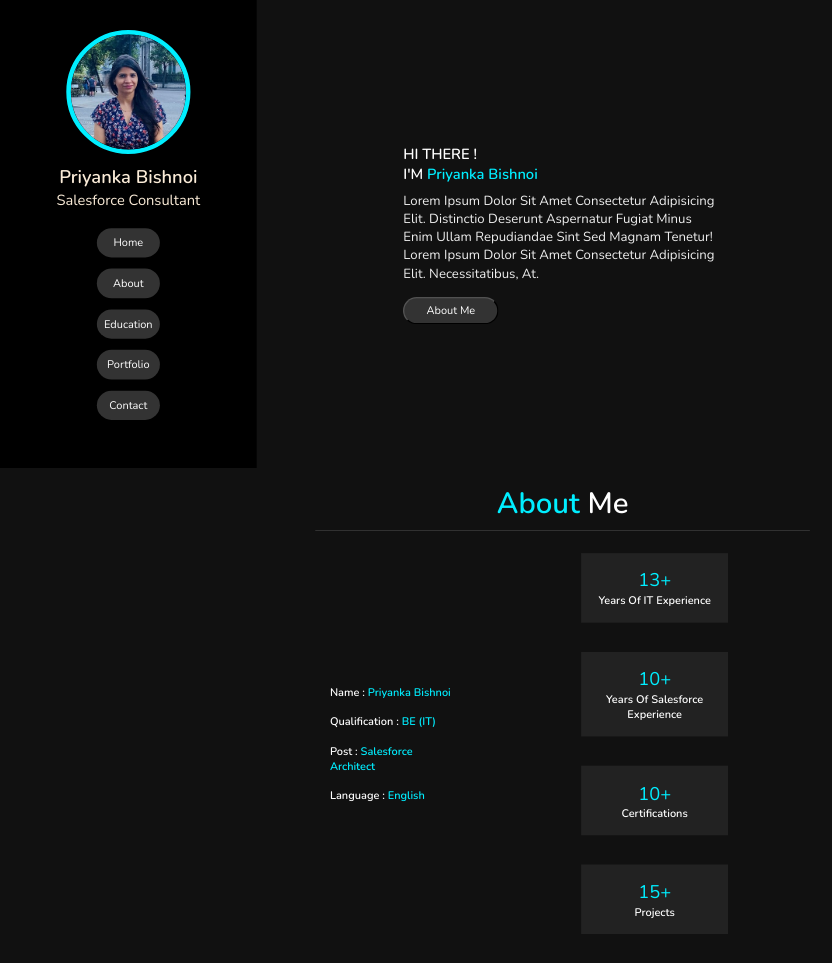
Repository: priyanka-bishnoi/PortfolioPage
Page: MyPage.html
The author's editor kept a copy of each file at every save. The page is drawn from the files as they stood at one save, then again after the next save.
The browser window is 1280 px wide. The pictures show the whole page, at 65% of full size.

Above is the page before, as saved 2022-10-08 23:16:34.

### MyPage.html
<!DOCTYPE html>
<html>
<head>
    <link rel="stylesheet" href="css/style.css">

</head>
<body>
<header>
    <div class= "user">
        <img src="Background1.jpg"/>
        <h1 class="name" >Priyanka Bishnoi</h1>
        <p class="post" >Salesforce Consultant</p>
    </div>

    <nav class="navBar">
        <ul>
            <li> <a href="#home">Home</a></li>
            <li> <a href="#about">About</a></li>
            <li> <a href="#education">Education</a></li>
            <li> <a href="#portfolio">Portfolio</a></li>
            <li> <a href="#contact">Contact</a></li>

        </ul>


    </nav>


</header>

<!-- Home-->

<section class="home" id="home">

    <h3>HI THERE !</h3>
    <h1>I'M <span>Priyanka Bishnoi</span></h1>
    <p>Lorem ipsum dolor sit amet consectetur adipisicing elit. Distinctio deserunt aspernatur fugiat minus enim ullam repudiandae sint sed magnam tenetur! Lorem ipsum dolor sit amet consectetur adipisicing elit. Necessitatibus, at.
    </p>
    <a href="#about"><button class="btn">about me </button></a>


</section>

<section class="about" id="about">
<h1 class="heading"> <span>About </span>Me</h1>

<div class="row">
    <div class="info">
        <h3>  name : <span> priyanka bishnoi </span></h3>
        <h3> qualification :  <span> BE (IT) </span> </h3>
        <h3>  post : <span>Salesforce Architect </span>  </h3>
        <h3> language :<span> English  </span>  </h3>
    </div>

    <div class="counter">
        <div class="box">
            <span>13+</span>
            <h3>years of IT experience</h3>
        </div>

        <div class="box">
            <span>10+</span>
            <h3>years of Salesforce Experience</h3>
        </div>

        <div class="box">
            <span>10+</span>
            <h3>Certifications</h3>
        </div>

        <div class="box">
            <span>15+</span>
            <h3>Projects</h3>
        </div>
    </div>
</div>



</section>

</body>
</html>

### css/style.css
@import url('https://fonts.googleapis.com/css2?family=Nunito:wght@200;300;400;600&display=swap');
:root{
    --orange:rgb(0, 238, 255);
}
*{
    font-family: 'Nunito', sans-serif;
    margin:0;
    padding:0;
    box-sizing:border-box;
    text-decoration:none;
    text-transform:capitalize;
    transition:all .2s linear;
}
html {
    font-size:70.5%;
    overflow-x:hidden;
}
body{
    background:#111;
    overflow-x: hidden;
    padding-left: 40rem;
}

section{
    min-height: 100vh;
    padding:1rem;
}

.btn{
    padding:.7rem 3rem;
    background:#333;
    color:#fff;
    cursor: pointer;
    margin-top: 1rem;
    font-size: 1.5rem;
    border-radius: 5rem;
}

.btn:hover{
    background:var(--orange);
}

.heading{
    text-align: center;
    margin:0 2rem;
    font-size: 4rem;
    padding:1rem;
    border-bottom: .1rem solid #fff4;
    color:#fff;
}

.heading span{
    color:var(--orange);
}

header {
    position:fixed;
    top:0; left:0;
    z-index:1000;
    height:100%;
    width:35rem;
    background:black;
    display:flex;
    align-items: center;
    justify-content: center;
    flex-flow: column;
    text-align: center;
}

header .user img {
    height: 17rem;
    width: 17rem;
    border-radius: 50%;
    object-fit: cover;
    margin-bottom: 1rem;
    border: 0.7rem solid var(--orange);
}
header .user .name {
    font-size: 2.5rem;
    color: antiquewhite;
}
header .user .post{
    font-size: 2rem;
    color: antiquewhite;
}

header .navBar {
    font-size : 2rem;
}
header .navBar ul{
    list-style: none;
    padding:1rem 2rem;
}
header .navBar ul li a{
    display: block;
    padding:1rem;
    margin:1.5rem 0;
    background:#333;
    color:#fff;
    font-size: 1.5rem;
    border-radius: 5rem;
}

header .navBar ul li a:hover{
    background:rgb(0, 238, 255);
}


.home{
    display: flex;
    justify-content: center;
    flex-flow: column;
    padding:0 15rem;
}

.home h3{
    font-size: 2rem;
    color:#fff;
}

.home h1{
    font-size:2rem;
    color:#fff;
}

.home h1 span{
    color:var(--orange);
}

.home p{
    font-size:1.8rem;
    color:#eee;
    padding: 1rem 0;
}

.about {
 color:white;
}
.about .row {
    display: flex;
    justify-content: flex-start;
    flex-wrap: nowrap;
    padding: 1rem 0;
    flex-direction: row;
    align-content: space-around;
    align-items: center;
}
.about .row .info {

    display: block;
    justify-content: center;
    padding-left: 1rem;
    padding-top: 0rem;
    padding-right: 1rem;
    margin: 0 1rem;
    font-size: 1.5rem;

}
.about h3 span{
    color:var(--orange);
}
.about .row .info h3 {

    display: block;
    justify-content: center;
    padding: 1rem;
    margin: 0 1rem;
    font-size: 1.5rem;

}

.about .row .counter{
    flex:1 1 48rem;
    display: flex;
    justify-content: center;
    flex-wrap: wrap;
}

.about .row .counter .box{
    width:20rem;
    background:#222;
    text-align: center;
    padding: 2rem;
    margin:2rem;
}

.about .row .counter .box span{
    font-size: 2.5rem;
    color:var(--orange);
}

.about .row .counter .box h3{
    font-size: 1.5rem;
    color:#fff;
}

After the next save:
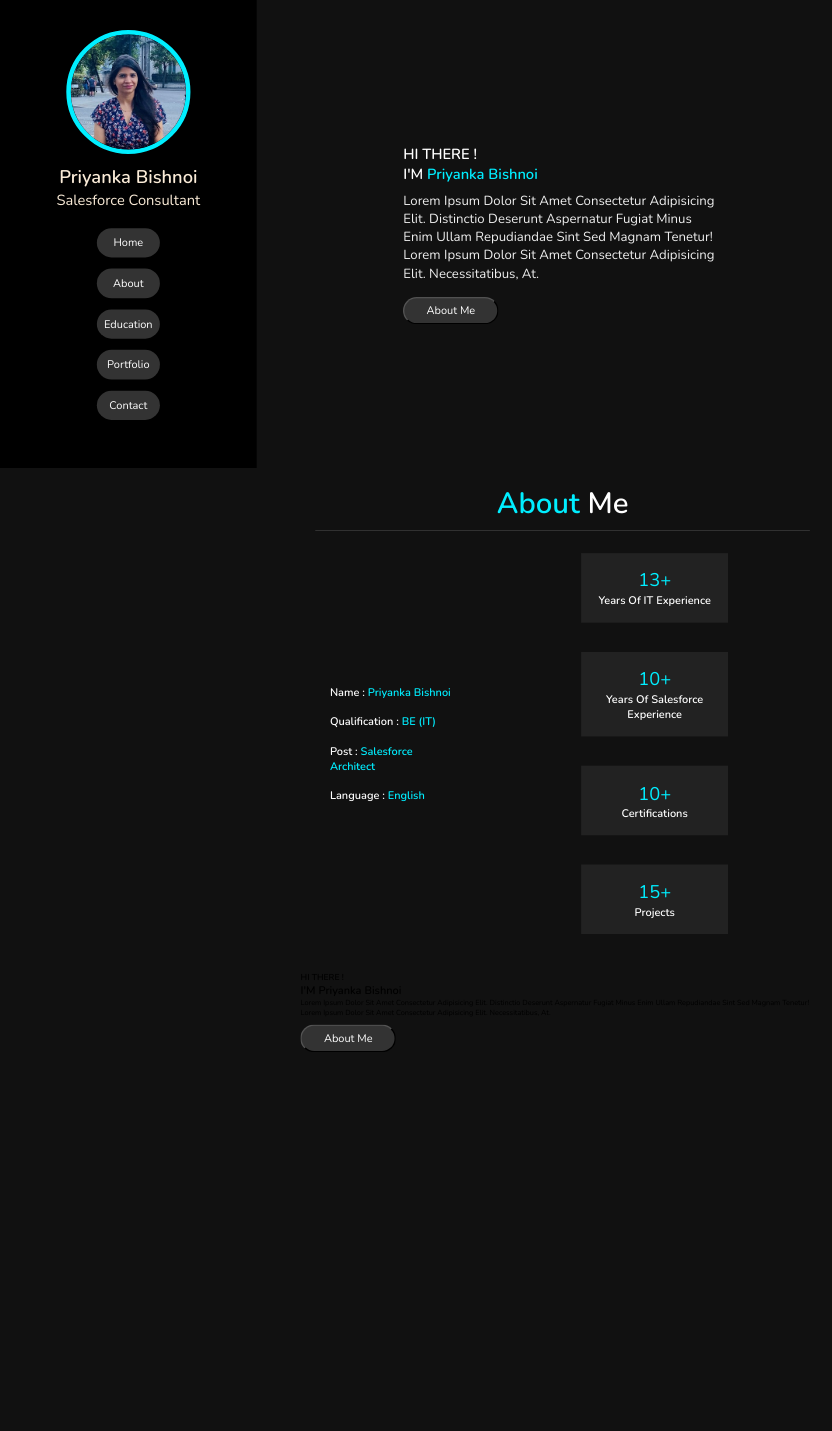
Saved 6 min 35 s later.
--- a/MyPage.html
+++ b/MyPage.html
@@ -1,6 +1,8 @@
 <!DOCTYPE html>
 <html>
 <head>
+     <!-- font awesome cdn link  -->
+     <link rel="stylesheet" href="https://cdnjs.cloudflare.com/ajax/libs/font-awesome/5.15.2/css/all.min.css">
     <link rel="stylesheet" href="css/style.css">
 
 </head>
@@ -74,10 +76,20 @@
         </div>
     </div>
 </div>
+</section>
 
+<section class="education" id="education">
+
+    <h3>HI THERE !</h3>
+    <h1>I'M <span>Priyanka Bishnoi</span></h1>
+    <p>Lorem ipsum dolor sit amet consectetur adipisicing elit. Distinctio deserunt aspernatur fugiat minus enim ullam repudiandae sint sed magnam tenetur! Lorem ipsum dolor sit amet consectetur adipisicing elit. Necessitatibus, at.
+    </p>
+    <a href="#about"><button class="btn">about me </button></a>
 
 
 </section>
 
+
+
 </body>
 </html>
